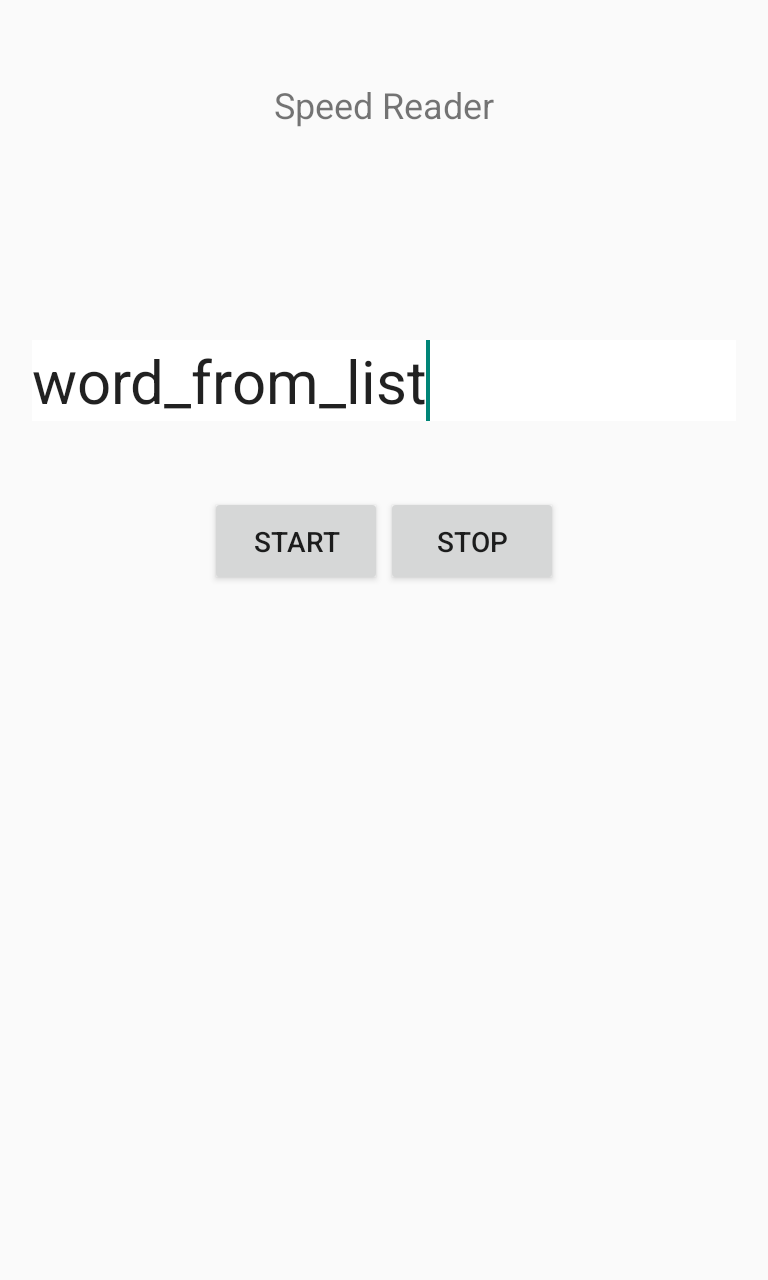
Repository: hdemby/workspace
Layout: SpeedReader/res/layout/activity_main.xml
An editor plug-in stored every save of this project. The layout is shown before and after the next save, followed by the edit.
It is drawn on a 768 x 1280 px phone screen (xhdpi) without system bars, with theme AppTheme; the app's code is not run.

Above is the layout before, as saved 2014-12-03 17:37:38.

### SpeedReader/res/layout/activity_main.xml
<RelativeLayout xmlns:android="http://schemas.android.com/apk/res/android"
    xmlns:tools="http://schemas.android.com/tools"
    android:layout_width="match_parent"
    android:layout_height="match_parent"
    android:paddingBottom="@dimen/activity_vertical_margin"
    android:paddingLeft="@dimen/activity_horizontal_margin"
    android:paddingRight="@dimen/activity_horizontal_margin"
    android:paddingTop="@dimen/activity_vertical_margin"
    tools:context="coursera.speedreader.MainActivity" >

    <LinearLayout
        android:id="@+id/linearLayout1"
        android:layout_width="wrap_content"
        android:layout_height="wrap_content"
        android:layout_centerHorizontal="true"
        android:layout_marginTop="154dp"
        android:orientation="vertical" >
    </LinearLayout>

    <TextView
        android:id="@+id/textView1"
        android:layout_width="wrap_content"
        android:layout_height="wrap_content"
        android:layout_alignParentTop="true"
        android:layout_centerHorizontal="true"
        android:layout_marginTop="24dp"
        android:text="@string/app_name"
        android:textSize="18sp" />

    <EditText
        android:id="@+id/editText1"
        android:layout_width="wrap_content"
        android:layout_height="wrap_content"
        android:layout_alignTop="@+id/linearLayout1"
        android:layout_centerHorizontal="true"
        android:background="#ffffffff"
        android:ems="10"
        android:text="@string/window_text"
        android:textSize="30sp" >

        <requestFocus />
    </EditText>

    <LinearLayout
        android:id="@+id/linearLayout3"
        android:layout_width="wrap_content"
        android:layout_height="wrap_content"
        android:layout_below="@+id/editText1"
        android:layout_centerHorizontal="true"
        android:layout_marginTop="36dp" >

        <Button
            android:id="@+id/button1"
            android:layout_width="wrap_content"
            android:layout_height="wrap_content"
            android:layout_marginBottom="34dp"
            android:text="Start" />

        <Button
            android:id="@+id/button2"
            android:layout_width="wrap_content"
            android:layout_height="wrap_content"
            android:text="Stop" />
    </LinearLayout>

</RelativeLayout>

### SpeedReader/res/values/strings.xml
<?xml version="1.0" encoding="utf-8"?>
<resources>

    <string name="app_name">Speed Reader</string>
    <string name="hello_world">Hello world!</string>
    <string name="action_settings">Settings</string>
    <string name="window_text">word_from_list</string>
    <string name="content_text">
        This is text to populate the contents of the reading window.
        I may include ont of the class lectures as the content for this app</string>

</resources>

Loaded but not shown: SpeedReader/res/values/styles.xml (common file); SpeedReader/res/values-v11/styles.xml (common file); SpeedReader/res/values-v14/styles.xml (common file); SpeedReader/res/values/dimens.xml (common file); SpeedReader/res/values-w820dp/dimens.xml (common file)

After the next save:
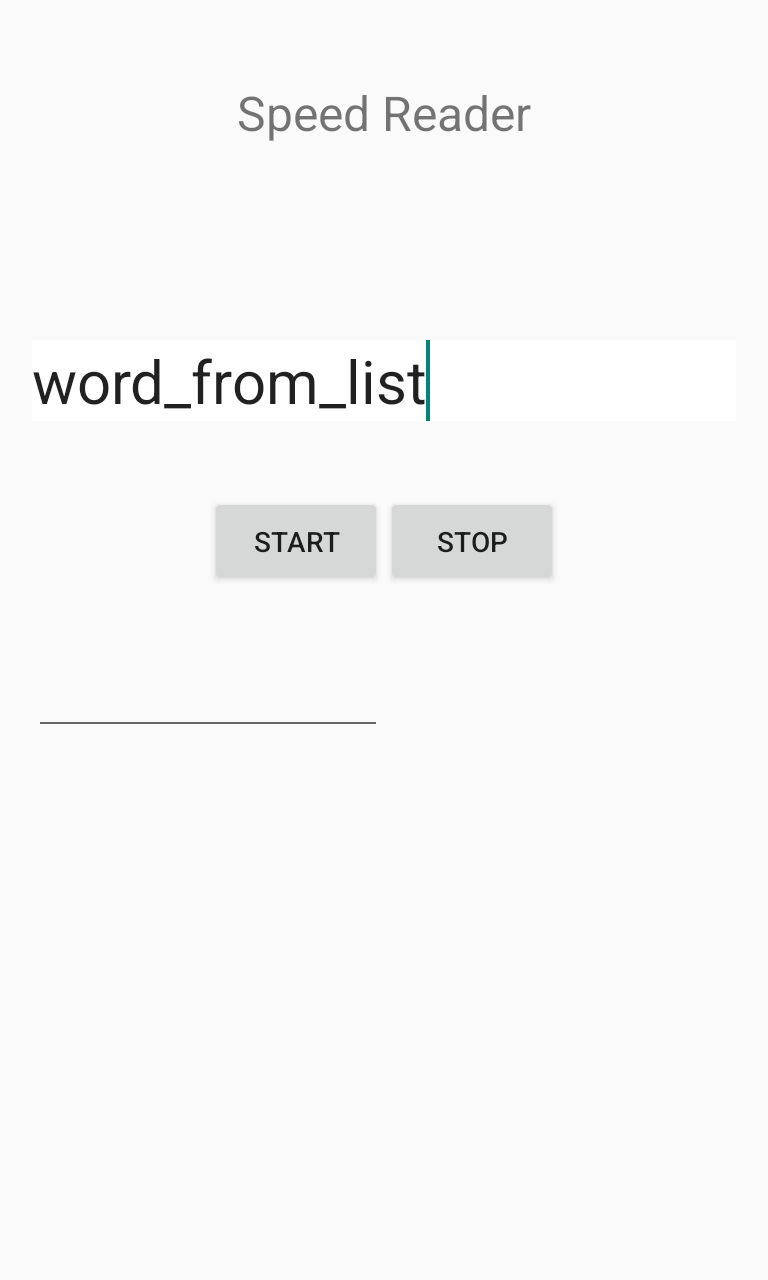
Saved 2 min 52 s later.
--- a/SpeedReader/res/layout/activity_main.xml
+++ b/SpeedReader/res/layout/activity_main.xml
@@ -25,7 +25,7 @@
         android:layout_centerHorizontal="true"
         android:layout_marginTop="24dp"
         android:text="@string/app_name"
-        android:textSize="18sp" />
+        android:textSize="24sp" />
 
     <EditText
         android:id="@+id/editText1"
@@ -63,4 +63,16 @@
             android:text="Stop" />
     </LinearLayout>
 
+    <EditText
+        android:id="@+id/editText2"
+        android:layout_width="match_parent"
+        android:layout_height="wrap_content"
+        android:layout_alignRight="@+id/linearLayout1"
+        android:layout_below="@+id/linearLayout3"
+        android:clickable="false"
+        android:ems="10"
+        android:focusable="false"
+        android:focusableInTouchMode="false"
+        android:inputType="textMultiLine" />
+
 </RelativeLayout>
